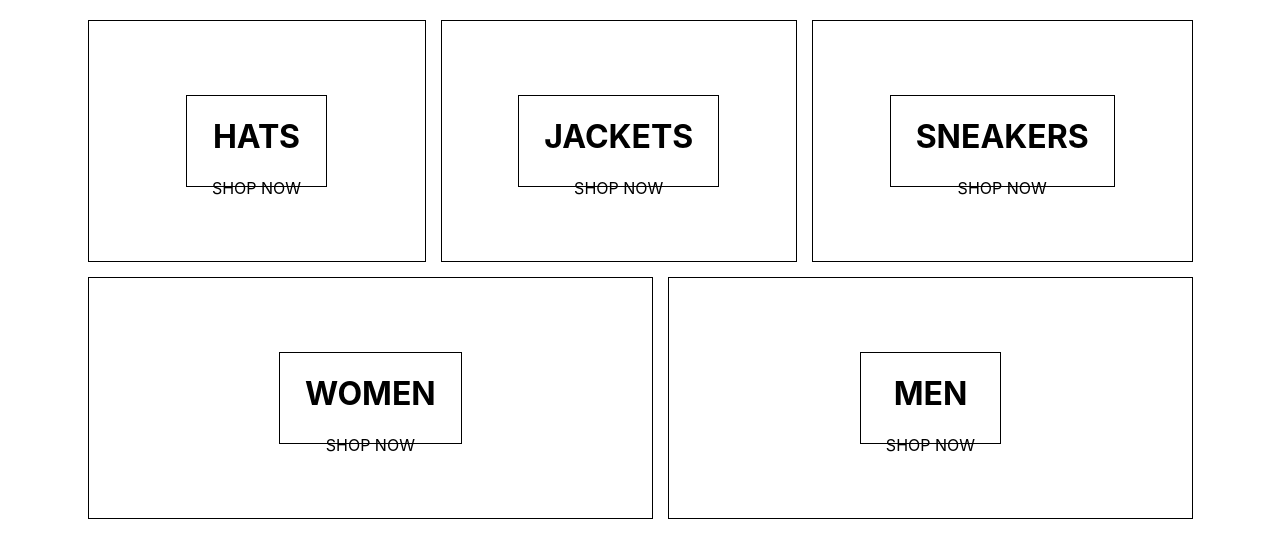
Repository: Daga01/clothing-ecommerce
Page: /signin
An editor plug-in stored every save of this project. The page is shown before and after the next save, followed by the edit.
The browser window is 1280 px wide. The pictures show the whole page.
The project was rebuilt for these pictures with package versions that can differ from the ones it lists, and the page was loaded fresh each time. Also part of the build but not shown: src/App.css.

Above is the page before, as saved 2020-01-30 17:12:02.

### src/App.js
import React from 'react';
import './App.css';
import HomePage from './homepage.component'

function App() {
  return (
    <div>
      <HomePage/>
    </div>
  );
}

export default App;

### src/homepage.component.jsx
import React from 'react';
import styles from './homepage.styles.scss'

const HomePage = () => (
  <div className='homepage'>
    <div className='directory-menu'>
      <div className='menu-item'>
        <div className='content'>
          <h1 className='title'>HATS</h1>
          <span className='subtitle'>SHOP NOW</span>
        </div>
      </div>
      <div className='menu-item'>
        <div className='content'>
          <h1 className='title'>JACKETS</h1>
          <span className='subtitle'>SHOP NOW</span>
        </div>
      </div>
      <div className='menu-item'>
        <div className='content'>
          <h1 className='title'>SNEAKERS</h1>
          <span className='subtitle'>SHOP NOW</span>
        </div>
      </div>
      <div className='menu-item'>
        <div className='content'>
          <h1 className='title'>WOMEN</h1>
          <span className='subtitle'>SHOP NOW</span>
        </div>
      </div>
      <div className='menu-item'>
        <div className='content'>
          <h1 className='title'>MEN</h1>
          <span className='subtitle'>SHOP NOW</span>
        </div>
      </div>
    </div>
  </div>
);

export default HomePage;

### src/homepage.styles.scss
.homepage {
  display: flex;
  flex-direction: column;
  align-items: center;
  padding: 20px 80px;
}

.directory-menu {
  width: 100%;
  display: flex;
  flex-wrap: wrap;
  justify-content: space-between;
}

.menu-item {
  min-width: 30%;
  height: 240px;
  flex: 1 1 auto;
  display: flex;
  align-items: center;
  justify-content: center;
  border: 1px solid black;
  margin: 0 7.5px 15px;

  &:first-child {
    margin-right: 7.5px;
  }

  &:last-child {
    margin-left: 7.7px;
  }

  .content {
    height: 90px;
    padding: 0 25px;
    display: flex;
    flex-direction: column;
    align-items: center;
    border: 1px solid black;

    .title {

    }
  }


}

Loaded but not shown: public/index.html (common file); src/index.js (common file); src/index.css (common file)

After the next save:
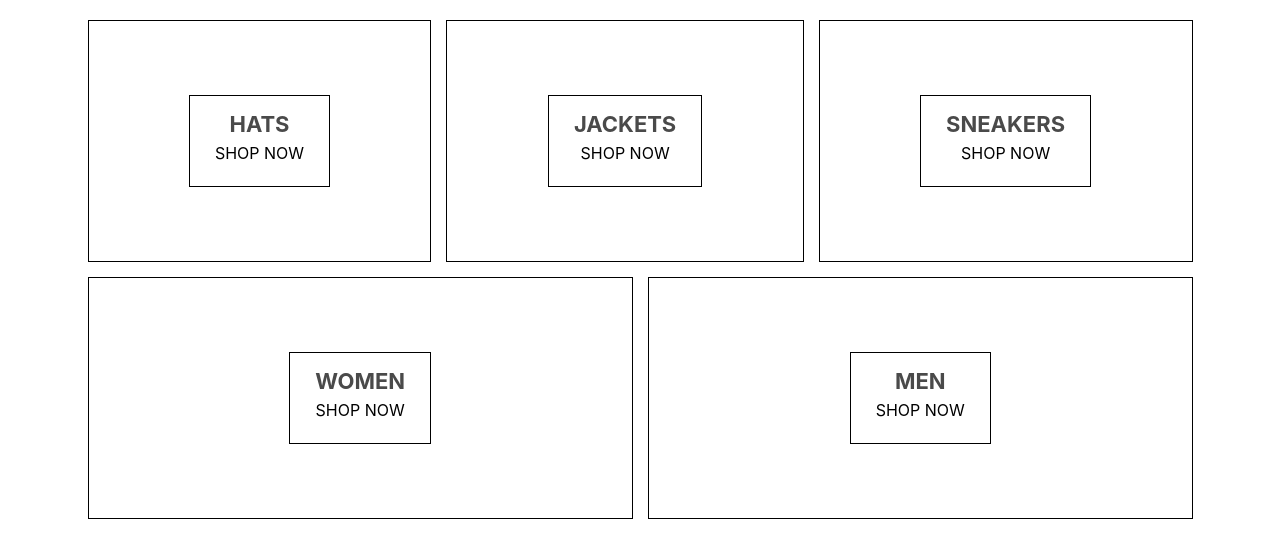
Saved 53 s later.
--- a/src/homepage.styles.scss
+++ b/src/homepage.styles.scss
@@ -39,7 +39,10 @@
     border: 1px solid black;
 
     .title {
-
+      font-weight: bold;
+      margin-bottom:6px;
+      font-size: 22px;
+      color: #4a4a4a;
     }
   }
 
